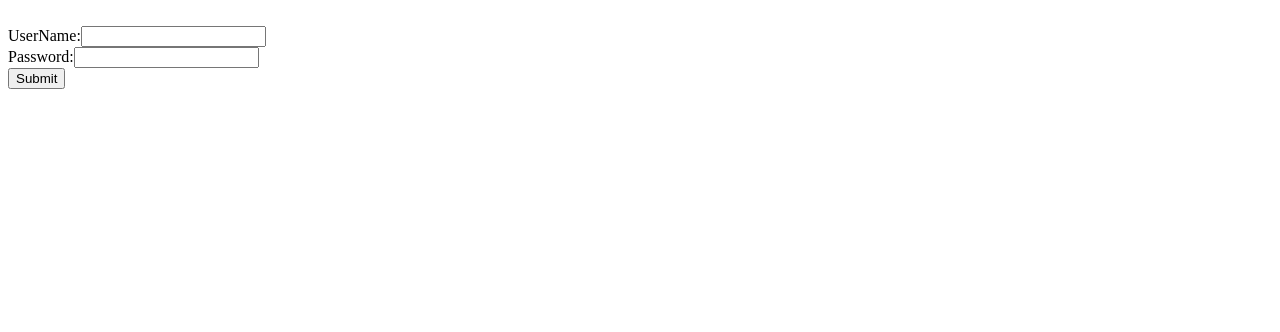
Repository: abdallahokasha/Servlets-and-JSP
Page: http://localhost/onlineShop/Signin.jsp
These files come from the project's save history. The page is drawn as it stood at one moment and after the next save; the edit follows.
The browser window is 1280 px wide. The pictures show the whole page.
The page is served by Tomcat 9.

Above is the page before, as saved 2016-08-08 13:46:06.

After the next save:
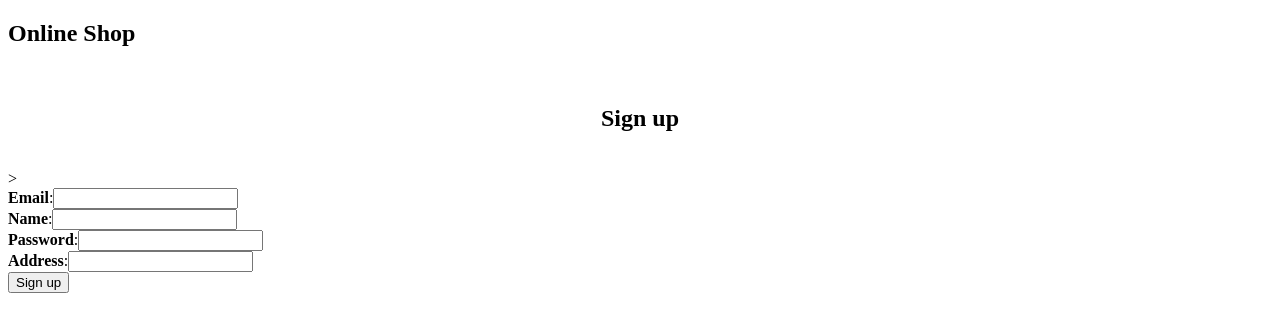
Saved 95 min 38 s later.
--- a/onlineShop/WebContent/Signin.jsp
+++ b/onlineShop/WebContent/Signin.jsp
@@ -7,11 +7,16 @@
 <title>Signin Page</title>
 </head>
 <body>
-<form action="SigninServlet" method="post">
-<br>UserName:<input type="text" name="UserName"/>
-<br>Password:<input type="password" name="Password"/>
-<br><input type="submit">
-
+<h2> Online Shop </h2><br>
+<center>
+<h2> Sign up </h2><br>
+</center>>
+<form action="Register" method="post">
+<strong>Email</strong>:<input type="text" name="email"><br>
+<strong>Name</strong>:<input type="text" name="name"><br>
+<strong>Password</strong>:<input type="password" name="name"><br>
+<strong>Address</strong>:<input type="text" name="address"><br>
+<input type="submit" value="Sign up"><br>
 </form>
 
 </body>
